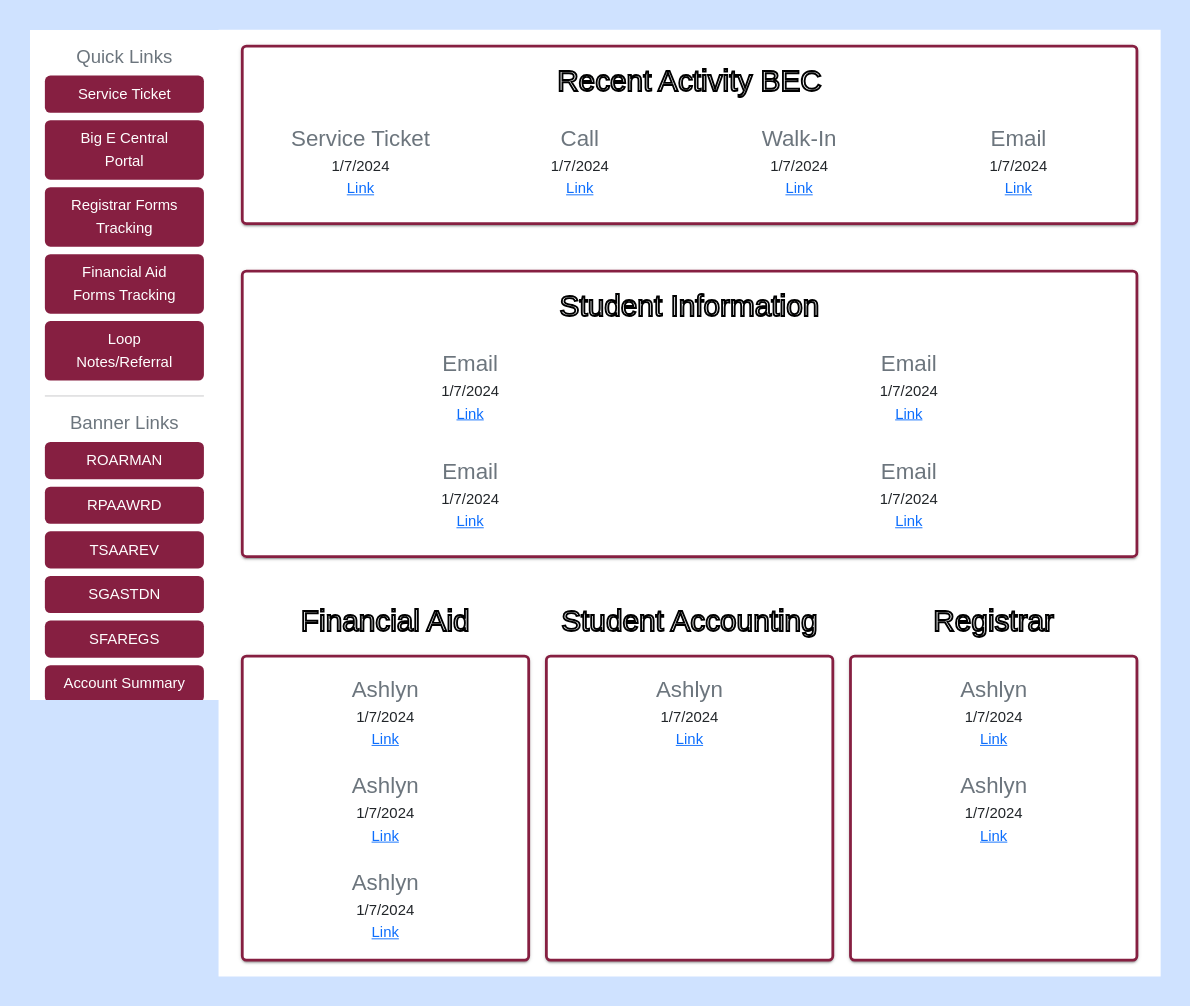
Repository: chancellor-w-whitaker/bec-tab
Page: /
The author's editor kept a copy of each file at every save. The page is drawn from the files as they stood at one save, then again after the next save.
The browser window is 1280 px wide. The pictures show the whole page, at 93% of full size.
Some web fonts or font styles are not loaded; a fallback is used. The project was rebuilt for these pictures with package versions that can differ from the ones it lists, and the page was loaded fresh each time. Also part of the build but not shown: vite.config.js.

Above is the page before, as saved 2024-01-07 22:26:38.

After the next save:
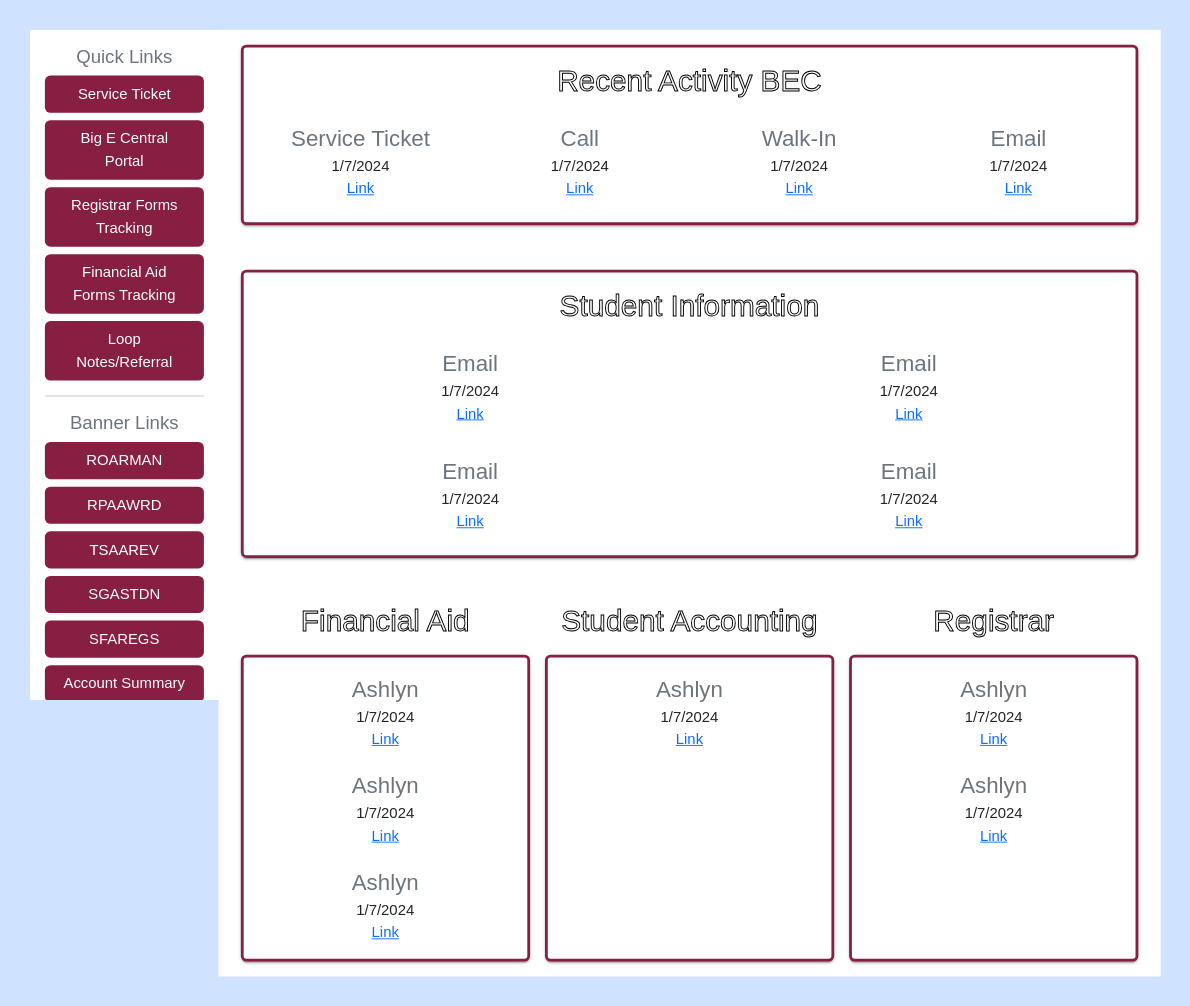
Saved 12 s later.
--- a/src/index.css
+++ b/src/index.css
@@ -292,5 +292,5 @@
 }
 
 .text-outline-stroke {
-  -webkit-text-stroke: 2px black;
-}
+  -webkit-text-stroke: 1px black;
+}
